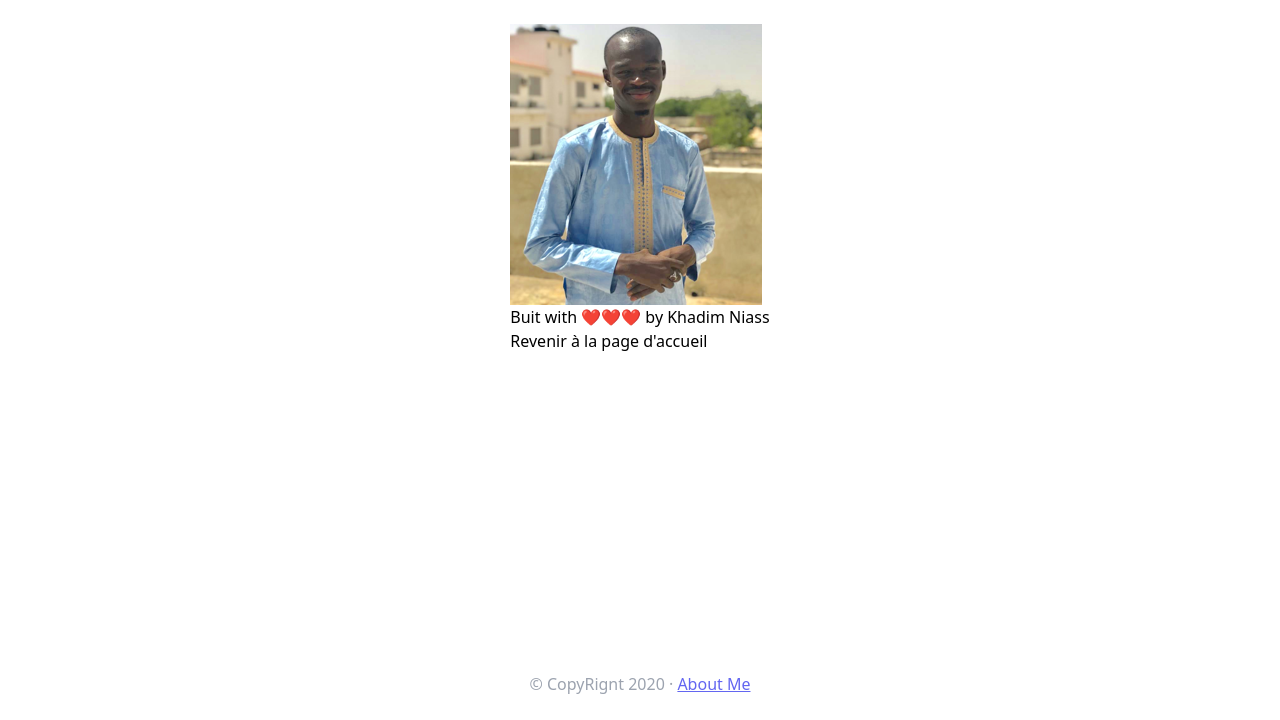
Repository: khadimniass/hello-city-with-Symfony
Page: templates/pages/about.html.twig
An editor plug-in stored every save of this project. The page is shown before and after the next save, followed by the edit.
The browser window is 1280 px wide. The pictures show the whole page.
The page is a Twig template of a Symfony application; nobody is signed in and links lead nowhere. The template is opened directly, without the code that normally fills it, so the values that code supplies are empty.

Above is the page before, as saved 2020-06-24 17:00:31.

After the next save:
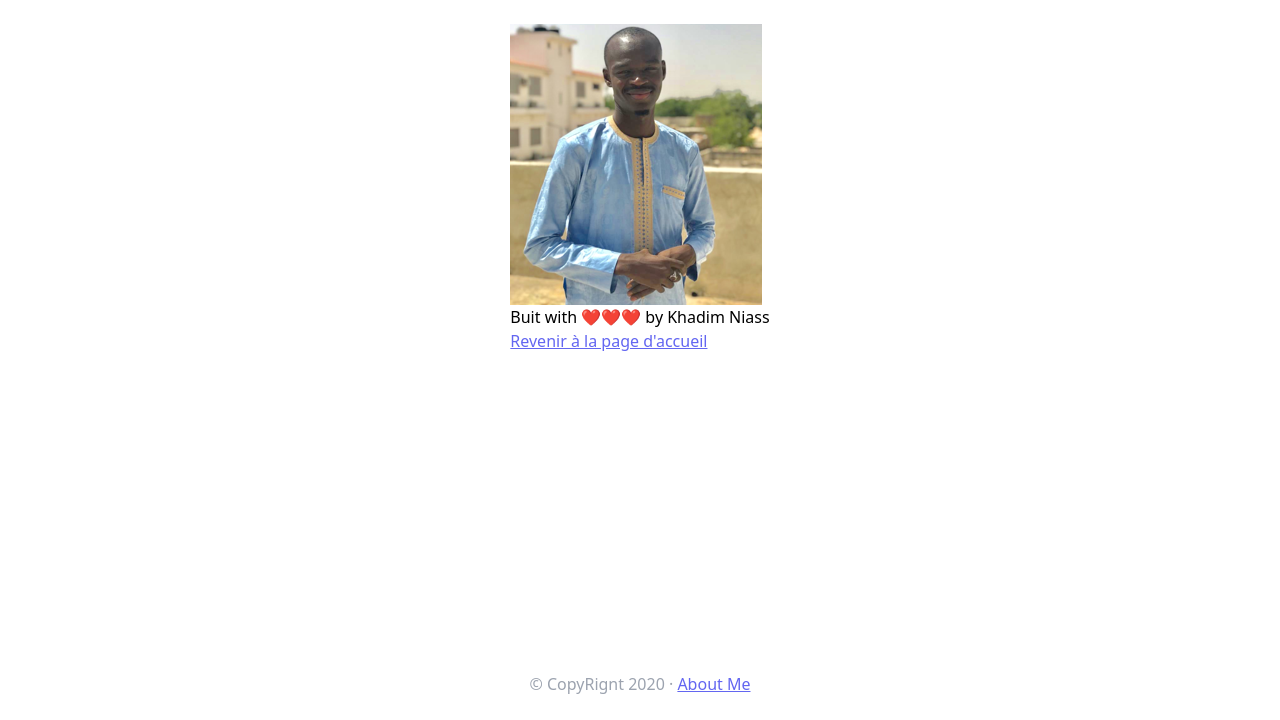
Saved 55 s later.
--- a/templates/pages/about.html.twig
+++ b/templates/pages/about.html.twig
@@ -8,6 +8,6 @@
 
     <h1>Buit with ❤️❤️❤️ by Khadim Niass</h1>
 
-<p><a href="{{path('app_home')}}">Revenir à la page d'accueil</a></p>
+<p><a href="{{path('app_home')}}" class="text-indigo-500 hover:text-indigo-600 underline">Revenir à la page d'accueil</a></p>
 </div>
 {% endblock %}
